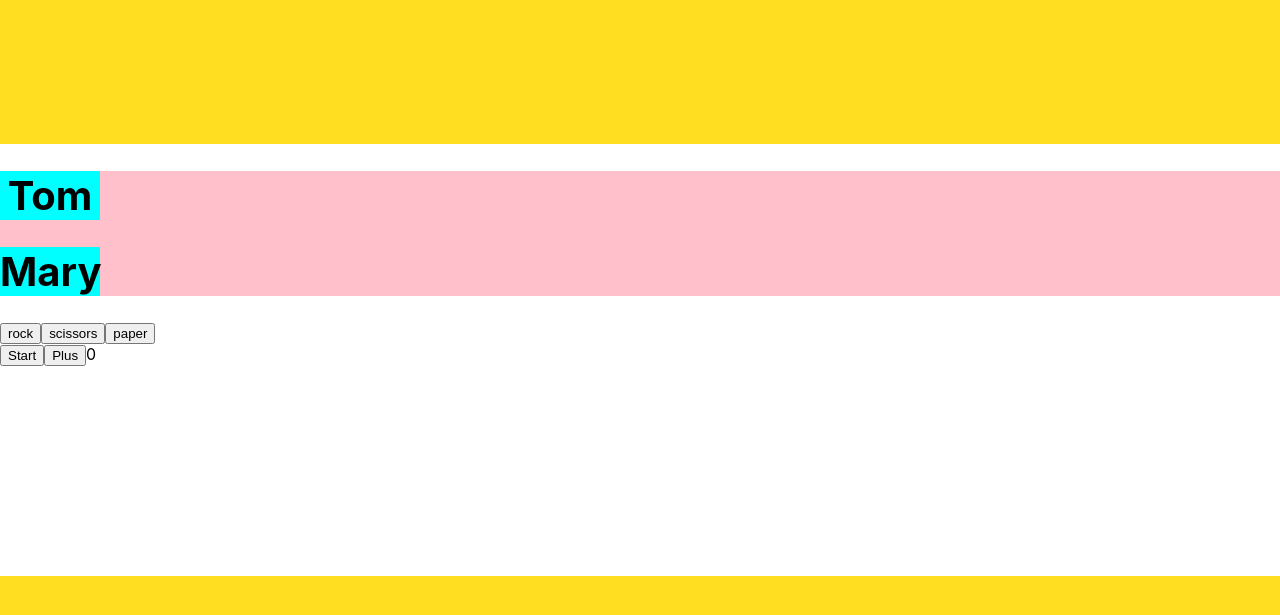
Repository: K009/Rock-Paper-Scissors
Page: /
The author's editor kept a copy of each file at every save. The page is drawn from the files as they stood at one save, then again after the next save.
The browser window is 1280 px wide. The pictures show the whole page.
The project was rebuilt for these pictures with package versions that can differ from the ones it lists, and the page was loaded fresh each time.

Above is the page before, as saved 2020-05-13 08:46:49.

### src/App.js
import React, { Component } from "react";
import "./App.css";
import Player from "./components/Player";

const weapon = ["rock", "paper", "scissors"];

class App extends Component {
  constructor() {
    super();
    this.state = {
      playerOne: weapon[0],
      playerTwo: weapon[0],
      winner: "",
    };
    this.state = { counter: 0 };
  }

  startGame = () => {
    let counter = 0;
    let gameInterval = setInterval(() => {
      //to make a delay
      counter++;
      console.log(counter);
      this.setState({
        playerTwo: weapon[Math.floor(Math.random() * weapon.length)],
        winner: "",
      });
      if (counter > 5) {
        clearInterval(gameInterval);
        this.setState({
          winner: this.selectWinner(),
        });
      }
    }, 100);
  };

  selectWinner = () => {
    const { playerOne, playerTwo } = this.state;
    console.log("Player One: " + playerOne + "Player Two: " + playerTwo);
    if (playerOne === playerTwo) {
      console.log("It's a tie");
      return "It's a tie";
    } else if (
      (playerOne === "rock" && playerTwo === "scissors") ||
      (playerOne === "paper" && playerTwo === "rock") ||
      (playerOne === "scissors" && playerTwo === "paper")
    ) {
      return "Player one wins!";
    } else {
      return "Player two wins!";
    }
  };

  selectWeapon = (weapon) => {
    //in argument it gets a value that is going to be set for playerOne
    this.setState({
      playerOne: weapon, //here it gets changed
      winner: "", //winner without any changes - still ""
    });
  };

  increment() {
    this.setState({
      counter: this.state.counter + 1,
    });
  }

  render() {
    const { playerOne, playerTwo, winner } = this.state;
    return (
      <div className="App">
        <div className="Header" />
        <div className="Players">
          <Player playerName="Tom" weapon={playerOne} />
          <Player playerName="Mary" weapon={playerTwo} />
        </div>
        <div>
          <button className="weapon" onClick={() => this.selectWeapon("rock")}>
            rock
          </button>
          <button
            className="weapon"
            onClick={() => this.selectWeapon("scissors")}
          >
            scissors
          </button>
          <button className="weapon" onClick={() => this.selectWeapon("paper")}>
            paper
          </button>
        </div>
        <div className="winner">{winner ? this.selectWinner() : null}</div>
        <button className="start" onClick={this.startGame}>
          Start
        </button>
        <button onClick={this.increment.bind(this)}>Plus</button>
        <output>{this.state.counter}</output>
        <footer />
      </div>
    );
  }
}

export default App;

### src/App.css
.App {
  min-height: 100vh;
  background-color: #ffffff;
}

.Header {
  min-height: 20vh;
  text-align: center;
  justify-content: space-around;
  background-color: #ffde22;
  display: flex;
  flex-wrap: wrap;
}

.Players {
  background-color: pink;
}
footer {
  min-height: 20vh;
  background-color: #ffde22;
  width: 100%;
  position: absolute;
  left: 0;
  bottom: 0;
}

### src/components/Player.js
import React from "react";
import style from "./player.module.css";

const Player = ({ playerName }) => {
  return (
    <div className={style.player}>
      <h1>{playerName}</h1>
    </div>
  );
};

export default Player;

### src/components/player.module.css
.player {
  background-color: aqua;
  font-size: 20px;
  text-align: center;
  width: 100px;
}

Loaded but not shown: public/index.html (common file); src/index.js (common file); src/index.css (common file); src/serviceWorker.js (common file)

After the next save:
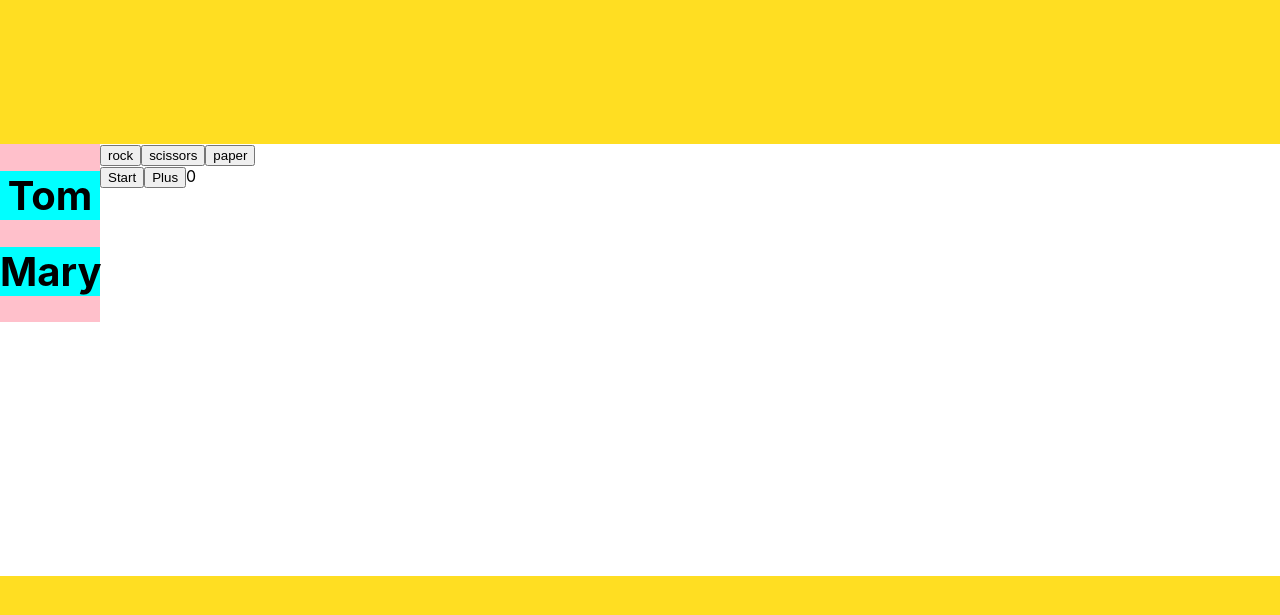
Saved 46 s later.
--- a/src/App.css
+++ b/src/App.css
@@ -14,6 +14,7 @@
 
 .Players {
   background-color: pink;
+  float: left;
 }
 footer {
   min-height: 20vh;
